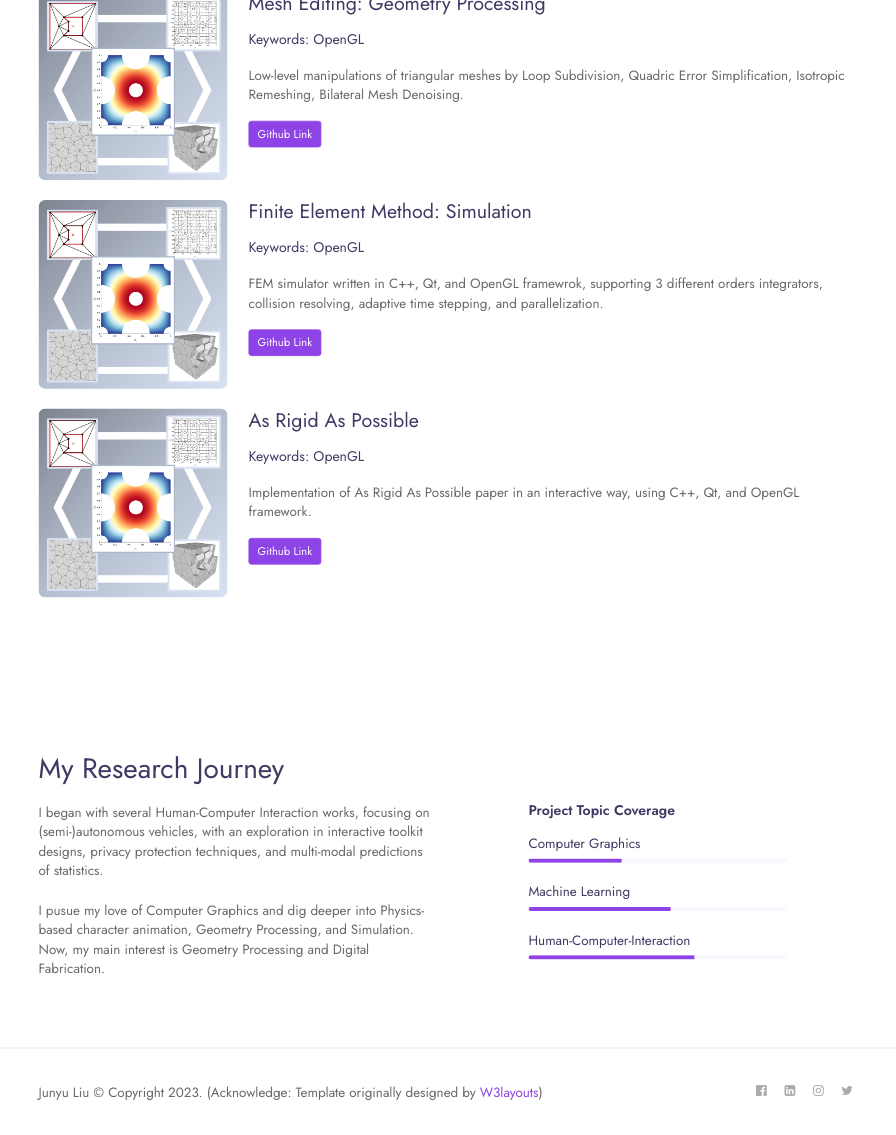
Repository: Junyu-Liu-Nate/junyu-liu-nate.github.io
Page: project.html
The author's editor kept a copy of each file at every save. The page is drawn from the files as they stood at one save, then again after the next save.
The browser window is 1280 px wide. The pictures show the part of the page from y = 1051 to 2971 px (the page is 2673 px tall before and 2971 px after), at 70% of full size.

Above is the page before, as saved 2024-04-10 19:05:13.
Console error: TypeError: Cannot read properties of null (reading 'classList')

After the next save:
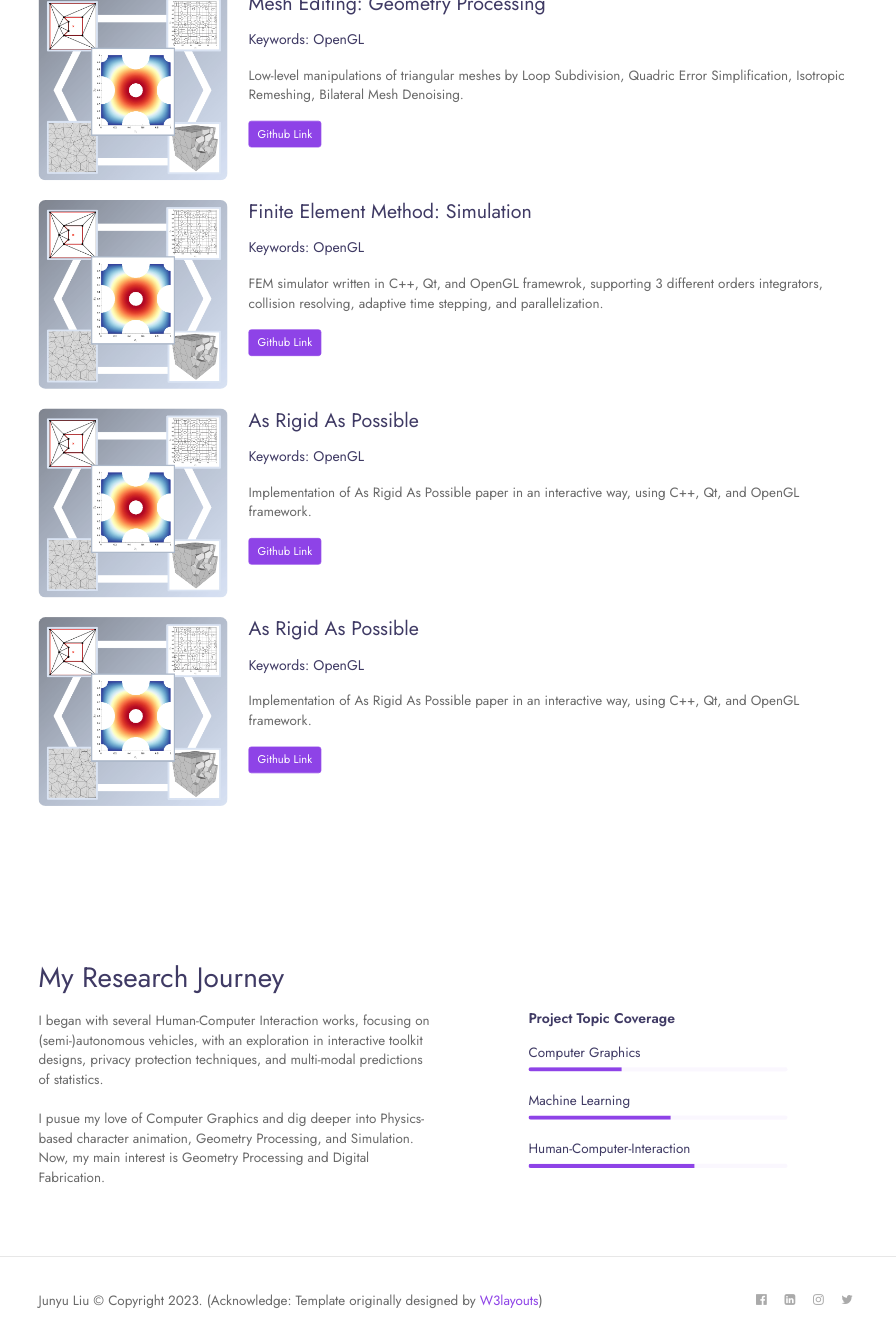
Saved 99 s later.
--- a/project.html
+++ b/project.html
@@ -218,6 +218,30 @@ Author URL: http://w3layouts.com
             </div>
 
             <p><br></p>
+
+            <div class="row">
+              <div class="col-lg-3">
+                <div class="position-relative">
+                    <img src="assets/images/project/thumnail/port-FEM-vs-VEM.png" alt="" class="radius-image img-fluid">
+                </div>
+              </div>
+              <div class="col-lg-9 mt-lg-0 mt-5">
+                  <!-- <h5 class="title-small mb-2">Hello, I am UI/UX Designer</h5> -->
+                  <h3 class="title">As Rigid As Possible</h3>
+                  <br>
+                  <h5>Keywords: OpenGL</h5>
+                  <br>
+                  <p>
+                    Implementation of As Rigid As Possible paper in an interactive way, using C++, Qt, and OpenGL framework.
+                  </p>
+                  <br>
+                  <div>
+                    <a href="https://github.com/Junyu-Liu-Nate/As-Rigid-As-Possible" class="btn btn-primary">Github Link</a>
+                  </div>
+              </div>
+            </div>
+
+            <p><br></p>
         </div>
 
     </div>
